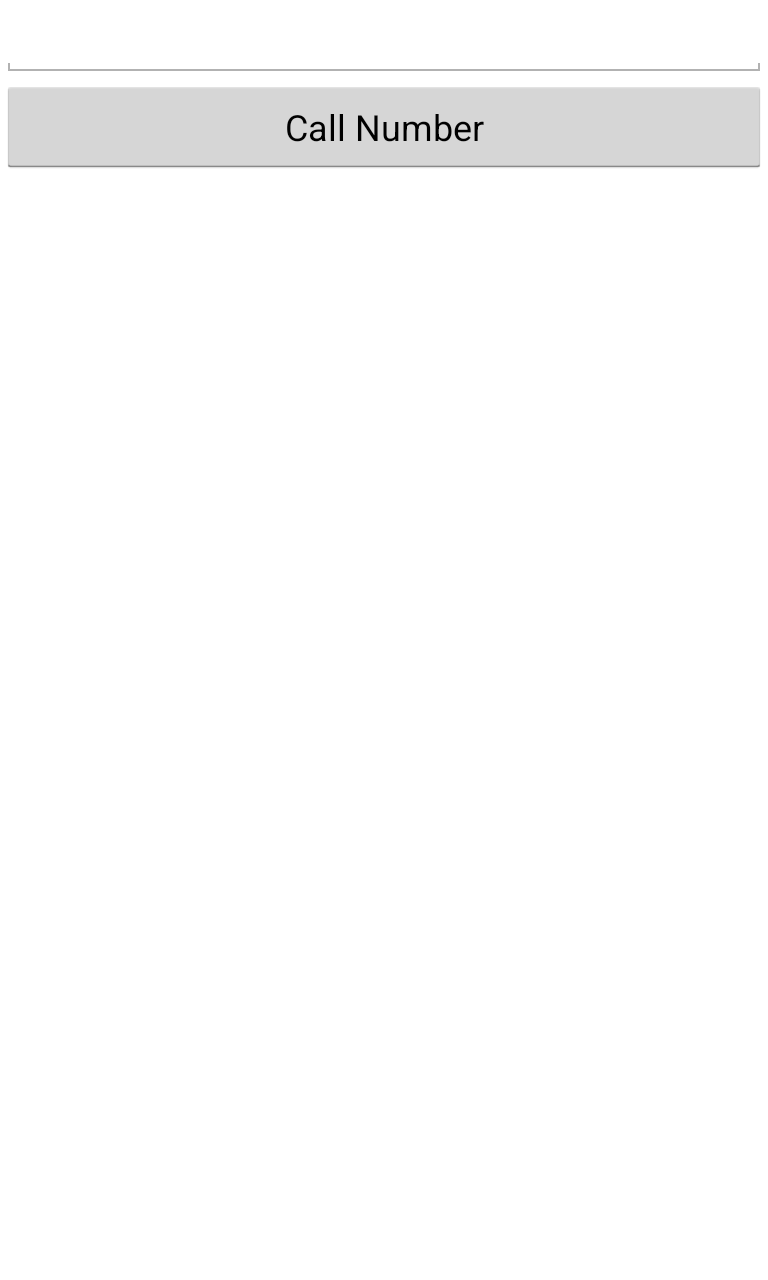
Repository: ya-ivanov/Android-Projects
Layout: Android Projects (OLD)/Simple Caller/SimpleCaller/res/layout/activity_main.xml
An editor plug-in stored every save of this project. The layout is shown before and after the next save, followed by the edit.
It is drawn on a 768 x 1280 px phone screen (xhdpi) without system bars, with theme AppTheme; the app's code is not run. Lists and similar views that code fills are empty.

Above is the layout before, as saved 2013-05-30 18:53:52.

After the next save:
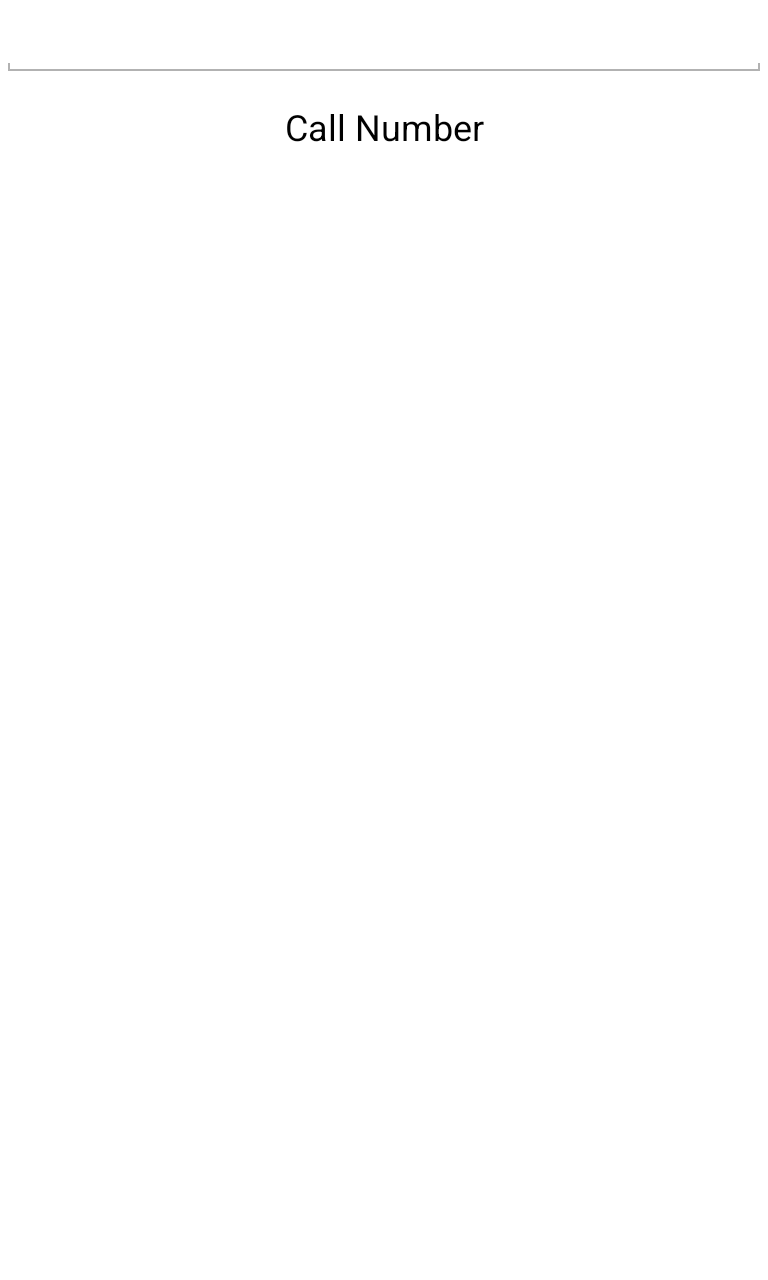
Saved 82 s later.
--- a/Android Projects (OLD)/Simple Caller/SimpleCaller/res/layout/activity_main.xml
+++ b/Android Projects (OLD)/Simple Caller/SimpleCaller/res/layout/activity_main.xml
@@ -20,7 +20,8 @@
         android:layout_width="match_parent"
         android:layout_height="wrap_content"
         android:text="Call Number"
-        android:hint="Custom number..." />
+        android:hint="Custom number..."
+        android:background="@android:color/transparent"/> />
 
     <ListView
         android:id="@+id/contacts"

After the save that followed:
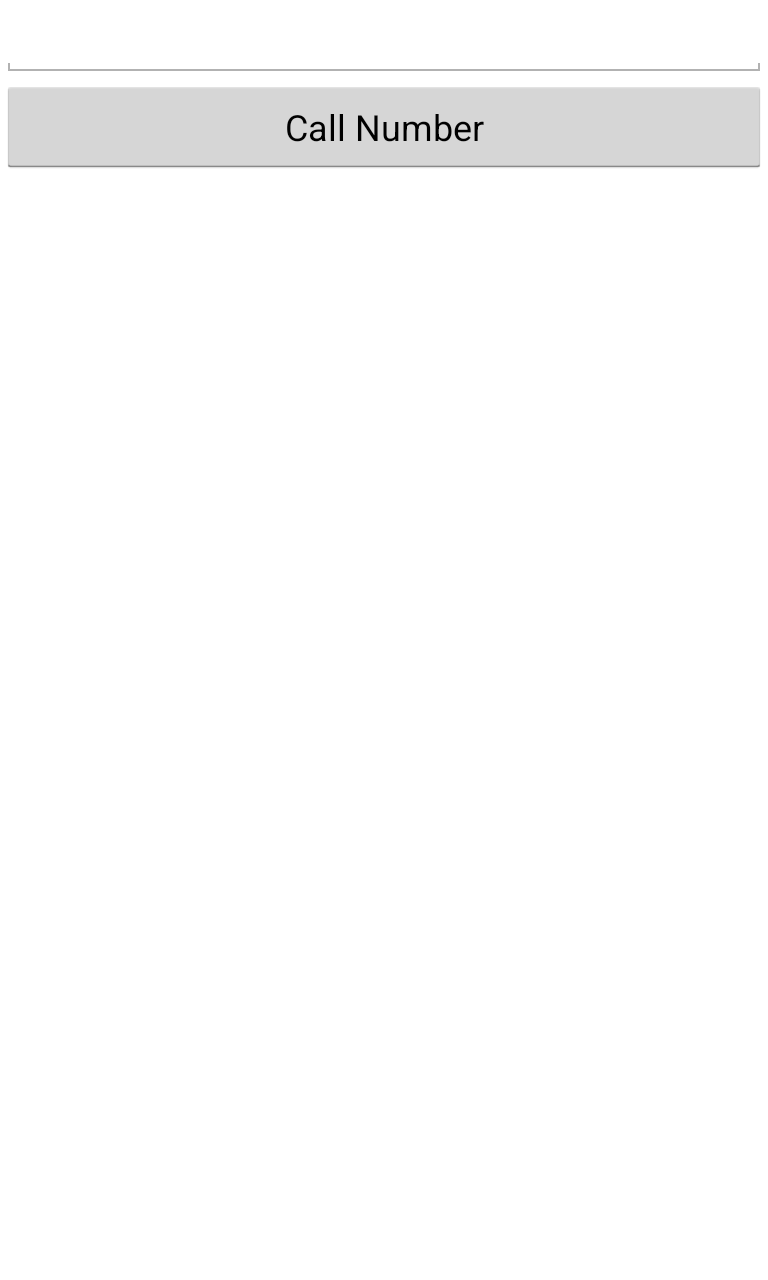
Saved 14 s later.
--- a/Android Projects (OLD)/Simple Caller/SimpleCaller/res/layout/activity_main.xml
+++ b/Android Projects (OLD)/Simple Caller/SimpleCaller/res/layout/activity_main.xml
@@ -21,7 +21,7 @@
         android:layout_height="wrap_content"
         android:text="Call Number"
         android:hint="Custom number..."
-        android:background="@android:color/transparent"/> />
+         />
 
     <ListView
         android:id="@+id/contacts"
